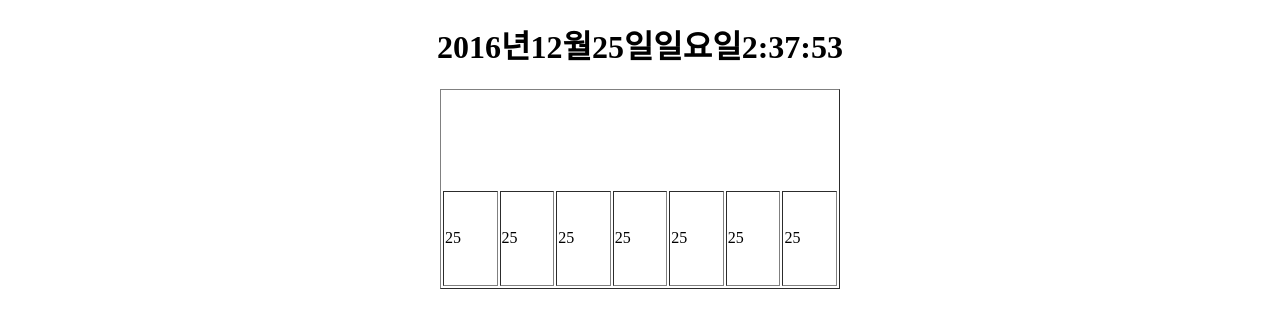
Repository: paul2oh/hellowjava
Page: workspace/javastart_svn/src/javastart/WebContent/clientPrg/a02_script/a15_calender.html
The author's editor kept a copy of each file at every save. The page is drawn from the files as they stood at one save, then again after the next save.
The browser window is 1280 px wide. The pictures show the whole page.

Above is the page before, as saved 2016-12-30 08:19:46.

### workspace/javastart_svn/src/javastart/WebContent/clientPrg/a02_script/a15_calender.html
<!doctype html>
<html lang="en">
<head>
<meta charset="UTF-8">
<meta name="Generator" content="EditPlus®">
<meta name="Author" content="">
<meta name="Keywords" content="">
<meta name="Description" content="">
<title>Document</title>
<script>
	//date 처리객체

	/*
		날짜와 현재 시간을 처리해주는 객체..


		getMonth() : 월
		getDate() : 일
		getHours() : 시
		getMinutes() : 분
		getSeconds() : 초

		getYear() getFullYear() 년..

		setInterval(함수,1/1000); 해당시간별 마다 반복적으로 처리..

	 */
	window.onload = function() {
		setInterval(startDate, 1000);

	};
	function startDate() {
		var date = new Date();
		var curIdx = date.getDay();
		date.setDate(date.getDate()-curIdx);
		var days = [ "일", "월", "화", "수", "목", "금", "토" ]
		var current = "<h1 align='center'>" + date.getFullYear() + "년";
		current += (date.getMonth() + 1) + "월"; //idx 라서 1을 추가 jan feb로 값이 들어있다
		current += (date.getDate()) + "일";
		current += days[date.getDay()] + "요일";
		current += (date.getHours()) + ":";
		current += (date.getMinutes()) + ":";
		current += (date.getSeconds()) + " </h1>";

		document.getElementById("toDay").innerHTML = current;
		var tds=document.getElementsByTagName("td");
		for(var idx=0;idx<tds.length;idx++){
			tds[idx].innerHTML=date.getDate();



		}
		document.getElementById("tr01").innerHTML = "";

	};
</script>



</head>
<body>
	<p id="toDay"></p>
	<table id="tab01" align="center" width="400" height="200" border="1">

		<tr id="tr01" height="50%">
			<th>일</th>
			<th>월</th>
			<th>화</th>
			<th>수</th>
			<th>목</th>
			<th>금</th>
			<th>토</th>
		</tr>


		<tr id="tr02">
			<td></td>
			<td></td>
			<td></td>
			<td></td>
			<td></td>
			<td></td>
			<td></td>


		</tr>


	</table>



</body>
</html>

After the next save:
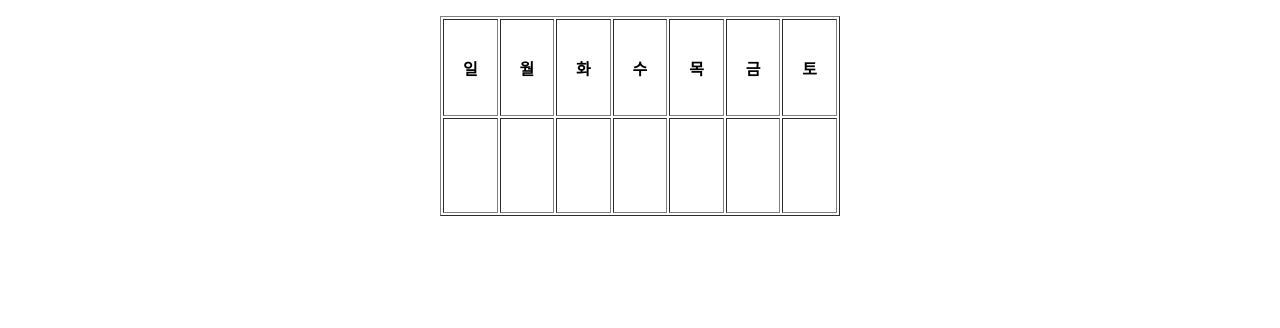
Saved 44 s later.
--- a/workspace/javastart_svn/src/javastart/WebContent/clientPrg/a02_script/a15_calender.html
+++ b/workspace/javastart_svn/src/javastart/WebContent/clientPrg/a02_script/a15_calender.html
@@ -26,7 +26,7 @@
 
 	 */
 	window.onload = function() {
-		setInterval(startDate, 1000);
+		//setInterval(startDate, 1000);
 
 	};
 	function startDate() {

After the save that followed:
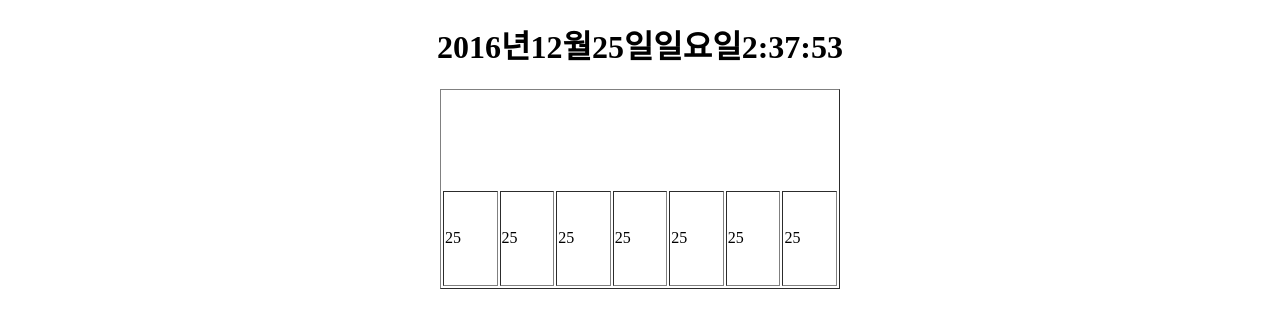
Saved 89 s later.
--- a/workspace/javastart_svn/src/javastart/WebContent/clientPrg/a02_script/a15_calender.html
+++ b/workspace/javastart_svn/src/javastart/WebContent/clientPrg/a02_script/a15_calender.html
@@ -26,11 +26,12 @@
 
 	 */
 	window.onload = function() {
-		//setInterval(startDate, 1000);
+		setInterval(startDate, 1000);
 
 	};
 	function startDate() {
 		var date = new Date();
+		date.setDate(date.getDate()+2)
 		var curIdx = date.getDay();
 		date.setDate(date.getDate()-curIdx);
 		var days = [ "일", "월", "화", "수", "목", "금", "토" ]
